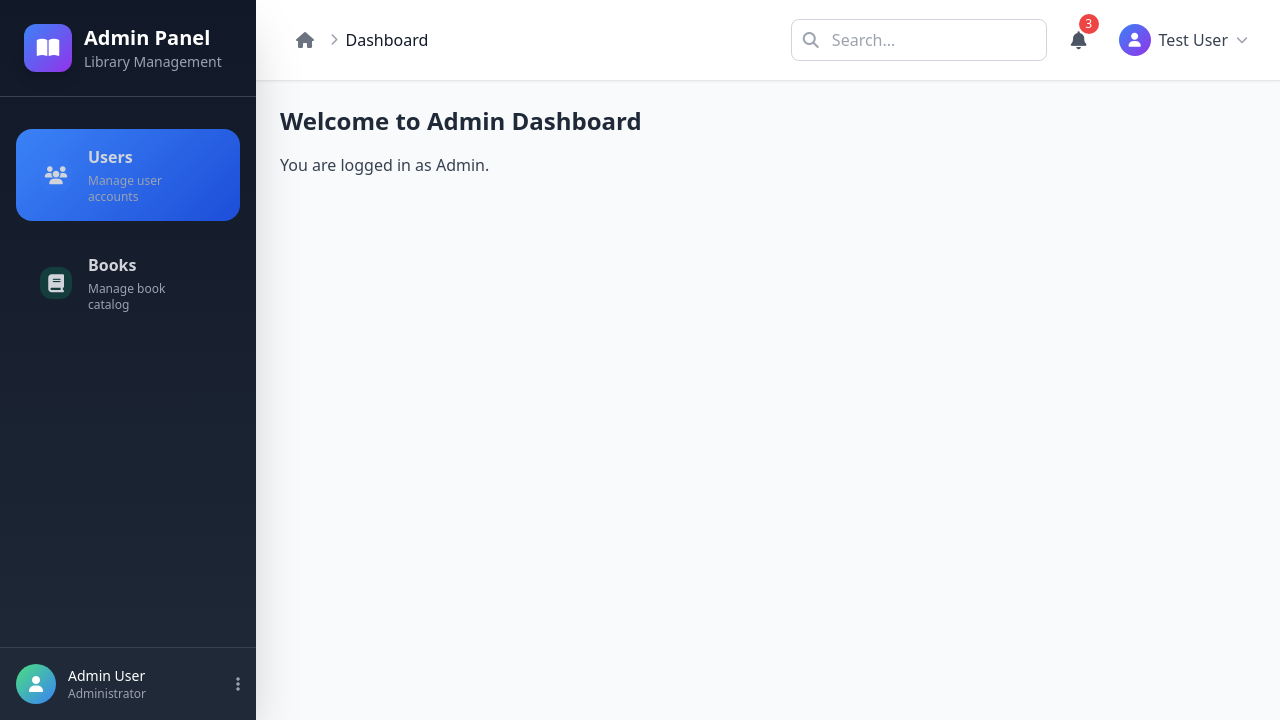
Repository: daffa-alif/lomba-NeuroGamy
Page: http://localhost/admin/dashboard
These files come from the project's save history. The page is drawn as it stood at one moment and after the next save; the edit follows.
The browser window is 1280 px wide. The pictures show the whole page.
Some web libraries are served in a nearby version. The page is served by the project's Laravel application, run on PHP 8.4 with Laravel 12. A made-up administrator, Test User (test@example.com), is signed in. Other server files are loaded and not shown.

Above is the page before, as saved 2025-09-19 22:50:57.

### routes/web.php
<?php

use Illuminate\Support\Facades\Route;
use App\Http\Controllers\AiController;
use App\Http\Controllers\AuthController;

Route::get('/', function () {
    return view('welcome');
});

Route::get('/login', [AuthController::class, 'viewLogin'])->name('login');
Route::post('/login', [AuthController::class, 'login']);

Route::get('/register', [AuthController::class, 'viewRegister'])->name('register');
Route::post('/register', [AuthController::class, 'register']);

Route::post('/logout', [AuthController::class, 'logout'])->name('logout');

Route::post('/ai/generate', [AiController::class, 'generate'])->name('ai.generate');

Route::middleware(['auth'])->group(function () {
    Route::get('/chatbot', function () {
        return view('chatbot'); // contoh view chatbot
    })->name('chatbot');
});

// Admin routes
Route::middleware(['auth', 'admin'])->prefix('admin')->group(function () {
    Route::get('/dashboard', function () {
        return view('Admin.dashboard');
    })->name('admin.dashboard');
});

### app/Models/User.php
<?php

namespace App\Models;

// use Illuminate\Contracts\Auth\MustVerifyEmail;
use Illuminate\Database\Eloquent\Factories\HasFactory;
use Illuminate\Foundation\Auth\User as Authenticatable;
use Illuminate\Notifications\Notifiable;

class User extends Authenticatable
{
    /** @use HasFactory<\Database\Factories\UserFactory> */
    use HasFactory, Notifiable;

    /**
     * The attributes that are mass assignable.
     *
     * @var list<string>
     */
    protected $fillable = [
        'name',
        'email',
        'password',
    ];

    /**
     * The attributes that should be hidden for serialization.
     *
     * @var list<string>
     */
    protected $hidden = [
        'password',
        'remember_token',
    ];

    /**
     * Get the attributes that should be cast.
     *
     * @return array<string, string>
     */
    protected function casts(): array
    {
        return [
            'email_verified_at' => 'datetime',
            'password' => 'hashed',
        ];
    }

      public function scoreLogs()
    {
        return $this->hasMany(ScoreLog::class, 'user_id');
    }
}

### resources/views/Admin/dashboard.blade.php
@extends('Admin.AdminLayouts.app')

@section('title', 'Dashboard')

@section('content')
    <h1 class="text-2xl font-bold mb-4">Welcome to Admin Dashboard</h1>
    <p class="text-gray-700">You are logged in as Admin.</p>
@endsection

### resources/views/Admin/AdminLayouts/app.blade.php
<!DOCTYPE html>
<html lang="en">
<head>
    <meta charset="UTF-8">
    <meta name="viewport" content="width=device-width, initial-scale=1.0">
    <title>@yield('title', 'Admin Panel')</title>

    <!-- TailwindCSS via CDN -->
    <script src="https://cdn.tailwindcss.com"></script>

    <!-- Font Awesome for icons -->
    <link rel="stylesheet" href="https://cdnjs.cloudflare.com/ajax/libs/font-awesome/6.4.0/css/all.min.css">

    <style>
        /* Custom scrollbar */
        .custom-scrollbar::-webkit-scrollbar {
            width: 6px;
        }
        .custom-scrollbar::-webkit-scrollbar-track {
            background: #1f2937;
        }
        .custom-scrollbar::-webkit-scrollbar-thumb {
            background: #4b5563;
            border-radius: 3px;
        }
        .custom-scrollbar::-webkit-scrollbar-thumb:hover {
            background: #6b7280;
        }

        /* Sidebar transition */
        .sidebar-transition {
            transition: all 0.3s cubic-bezier(0.4, 0, 0.2, 1);
        }

        /* Active nav item gradient */
        .nav-active {
            background: linear-gradient(135deg, #3b82f6 0%, #1d4ed8 100%);
        }
    </style>
</head>
<body class="bg-slate-50 text-gray-800 font-sans">

    <!-- Sidebar -->
    <aside id="sidebar" class="fixed left-0 top-0 z-40 w-64 h-screen bg-gradient-to-b from-gray-900 to-gray-800 shadow-2xl sidebar-transition custom-scrollbar overflow-y-auto">
        <!-- Logo Section -->
        <div class="flex items-center justify-between p-6 border-b border-gray-700">
            <div class="flex items-center space-x-3">
                <div class="w-12 h-12 bg-gradient-to-br from-blue-500 to-purple-600 rounded-xl flex items-center justify-center shadow-lg">
                    <i class="fas fa-book-open text-white text-xl"></i>
                </div>
                <div>
                    <h2 class="text-white font-bold text-xl">Admin Panel</h2>
                    <p class="text-gray-400 text-sm">Library Management</p>
                </div>
            </div>
            <button id="sidebarToggle" class="lg:hidden text-gray-400 hover:text-white transition-colors">
                <i class="fas fa-times text-xl"></i>
            </button>
        </div>

        <!-- Navigation -->
        <nav class="mt-8 px-4">
            <div class="space-y-4">
                <!-- Users -->
                <a href="#"
                   class="nav-item group flex items-center px-6 py-4 text-gray-300 rounded-2xl hover:bg-gradient-to-r hover:from-blue-600 hover:to-purple-600 hover:text-white transition-all duration-300 transform hover:scale-105 hover:shadow-xl nav-active">
                    <div class="w-8 h-8 mr-4 flex items-center justify-center bg-blue-500 bg-opacity-20 rounded-xl group-hover:bg-opacity-30 transition-all duration-300">
                        <i class="fas fa-users text-lg"></i>
                    </div>
                    <div class="flex-1">
                        <span class="font-semibold text-base">Users</span>
                        <p class="text-xs text-gray-400 group-hover:text-blue-100 mt-1">Manage user accounts</p>
                    </div>
                    <div class="ml-auto opacity-0 group-hover:opacity-100 transition-all duration-300 transform translate-x-2 group-hover:translate-x-0">
                        <i class="fas fa-chevron-right text-sm"></i>
                    </div>
                </a>

                <!-- Books -->
                <a href="#"
                   class="nav-item group flex items-center px-6 py-4 text-gray-300 rounded-2xl hover:bg-gradient-to-r hover:from-emerald-600 hover:to-teal-600 hover:text-white transition-all duration-300 transform hover:scale-105 hover:shadow-xl">
                    <div class="w-8 h-8 mr-4 flex items-center justify-center bg-emerald-500 bg-opacity-20 rounded-xl group-hover:bg-opacity-30 transition-all duration-300">
                        <i class="fas fa-book text-lg"></i>
                    </div>
                    <div class="flex-1">
                        <span class="font-semibold text-base">Books</span>
                        <p class="text-xs text-gray-400 group-hover:text-emerald-100 mt-1">Manage book catalog</p>
                    </div>
                    <div class="ml-auto opacity-0 group-hover:opacity-100 transition-all duration-300 transform translate-x-2 group-hover:translate-x-0">
                        <i class="fas fa-chevron-right text-sm"></i>
                    </div>
                </a>
            </div>
        </nav>

        <!-- User Profile Section at Bottom -->
        <div class="absolute bottom-0 left-0 right-0 p-4 border-t border-gray-700 bg-gray-800">
            <div class="flex items-center space-x-3">
                <div class="w-10 h-10 bg-gradient-to-br from-green-400 to-blue-500 rounded-full flex items-center justify-center">
                    <i class="fas fa-user text-white"></i>
                </div>
                <div class="flex-1 min-w-0">
                    <p class="text-white text-sm font-medium truncate">Admin User</p>
                    <p class="text-gray-400 text-xs">Administrator</p>
                </div>
                <div class="relative">
                    <button class="text-gray-400 hover:text-white transition-colors">
                        <i class="fas fa-ellipsis-v"></i>
                    </button>
                </div>
            </div>
        </div>
    </aside>

    <!-- Mobile Sidebar Overlay -->
    <div id="sidebarOverlay" class="fixed inset-0 bg-black bg-opacity-50 z-30 lg:hidden hidden"></div>

    <!-- Main Content Area -->
    <div class="lg:ml-64 min-h-screen flex flex-col">
        <!-- Top Header -->
        <header class="bg-white shadow-sm border-b border-gray-200 sticky top-0 z-20">
            <div class="flex items-center justify-between px-6 py-4">
                <div class="flex items-center space-x-4">
                    <!-- Mobile Menu Button -->
                    <button id="mobileMenuButton" class="lg:hidden text-gray-600 hover:text-gray-900 transition-colors">
                        <i class="fas fa-bars text-xl"></i>
                    </button>

                    <!-- Breadcrumb -->
                    <nav class="hidden md:flex" aria-label="Breadcrumb">
                        <ol class="flex items-center space-x-2">
                            <li>
                                <a href="#" class="text-gray-500 hover:text-gray-700 transition-colors">
                                    <i class="fas fa-home"></i>
                                </a>
                            </li>
                            <li class="flex items-center">
                                <i class="fas fa-chevron-right text-gray-400 text-xs mx-2"></i>
                                <span class="text-gray-900 font-medium">@yield('breadcrumb', 'Dashboard')</span>
                            </li>
                        </ol>
                    </nav>
                </div>

                <!-- Header Actions -->
                <div class="flex items-center space-x-4">
                    <!-- Search -->
                    <div class="hidden md:block relative">
                        <input type="text"
                               placeholder="Search..."
                               class="w-64 pl-10 pr-4 py-2 border border-gray-300 rounded-lg focus:ring-2 focus:ring-blue-500 focus:border-blue-500 transition-all">
                        <div class="absolute left-3 top-1/2 transform -translate-y-1/2">
                            <i class="fas fa-search text-gray-400"></i>
                        </div>
                    </div>

                    <!-- Notifications -->
                    <button class="relative p-2 text-gray-600 hover:text-gray-900 hover:bg-gray-100 rounded-lg transition-colors">
                        <i class="fas fa-bell text-lg"></i>
                        <span class="absolute -top-1 -right-1 w-5 h-5 bg-red-500 text-white text-xs rounded-full flex items-center justify-center">3</span>
                    </button>

                    <!-- User Menu -->
                    <div class="relative group">
                        <button class="flex items-center space-x-2 p-2 rounded-lg hover:bg-gray-100 transition-colors">
                            <div class="w-8 h-8 bg-gradient-to-br from-blue-500 to-purple-600 rounded-full flex items-center justify-center">
                                <i class="fas fa-user text-white text-sm"></i>
                            </div>
                            <span class="hidden md:block text-gray-700 font-medium">{{ Auth::user()->name ?? 'Admin' }}</span>
                            <i class="fas fa-chevron-down text-gray-400 text-xs"></i>
                        </button>

                        <!-- Dropdown Menu -->
                        <div class="absolute right-0 mt-2 w-48 bg-white rounded-lg shadow-lg border border-gray-200 py-2 opacity-0 invisible group-hover:opacity-100 group-hover:visible transition-all duration-200">
                            <a href="#" class="flex items-center px-4 py-2 text-gray-700 hover:bg-gray-50 transition-colors">
                                <i class="fas fa-user-circle mr-3"></i>
                                Profile
                            </a>
                            <a href="/" class="flex items-center px-4 py-2 text-gray-700 hover:bg-gray-50 transition-colors">
                                <i class="fas fa-external-link-alt mr-3"></i>
                                View Site
                            </a>
                            <hr class="my-2">
                            <form action="{{ route('logout') }}" method="POST" class="w-full">
                                @csrf
                                <button type="submit" class="flex items-center w-full px-4 py-2 text-red-600 hover:bg-red-50 transition-colors text-left">
                                    <i class="fas fa-sign-out-alt mr-3"></i>
                                    Logout
                                </button>
                            </form>
                        </div>
                    </div>
                </div>
            </div>
        </header>

        <!-- Page Content -->
        <main class="flex-1 p-6">
            <div class="max-w-full">
                @yield('content')
            </div>
        </main>

        <!-- Footer -->
        <footer class="bg-white border-t border-gray-200

After the next save:
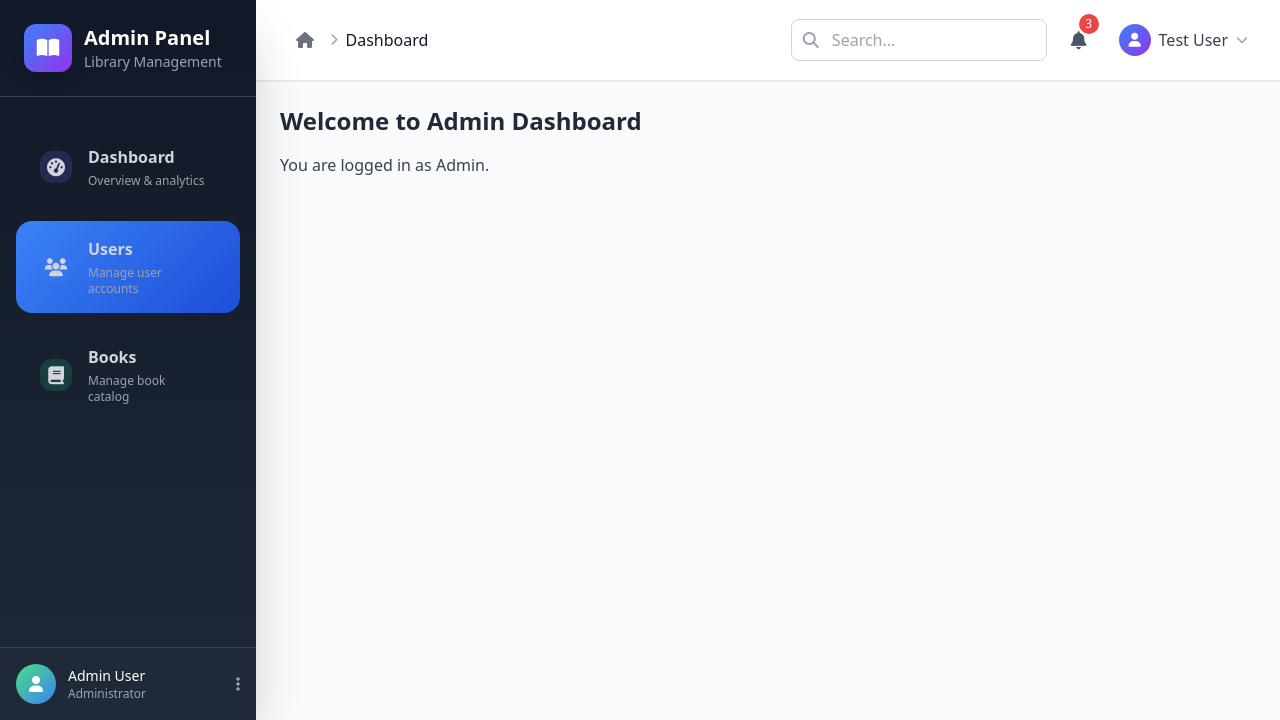
Saved 109 s later.
--- a/resources/views/Admin/AdminLayouts/app.blade.php
+++ b/resources/views/Admin/AdminLayouts/app.blade.php
@@ -61,6 +61,21 @@
         <!-- Navigation -->
         <nav class="mt-8 px-4">
             <div class="space-y-4">
+                <!-- Dashboard -->
+                <a href="#"
+                   class="nav-item group flex items-center px-6 py-4 text-gray-300 rounded-2xl hover:bg-gradient-to-r hover:from-indigo-600 hover:to-blue-600 hover:text-white transition-all duration-300 transform hover:scale-105 hover:shadow-xl">
+                    <div class="w-8 h-8 mr-4 flex items-center justify-center bg-indigo-500 bg-opacity-20 rounded-xl group-hover:bg-opacity-30 transition-all duration-300">
+                        <i class="fas fa-tachometer-alt text-lg"></i>
+                    </div>
+                    <div class="flex-1">
+                        <span class="font-semibold text-base">Dashboard</span>
+                        <p class="text-xs text-gray-400 group-hover:text-indigo-100 mt-1">Overview & analytics</p>
+                    </div>
+                    <div class="ml-auto opacity-0 group-hover:opacity-100 transition-all duration-300 transform translate-x-2 group-hover:translate-x-0">
+                        <i class="fas fa-chevron-right text-sm"></i>
+                    </div>
+                </a>
+
                 <!-- Users -->
                 <a href="#"
                    class="nav-item group flex items-center px-6 py-4 text-gray-300 rounded-2xl hover:bg-gradient-to-r hover:from-blue-600 hover:to-purple-600 hover:text-white transition-all duration-300 transform hover:scale-105 hover:shadow-xl nav-active">
